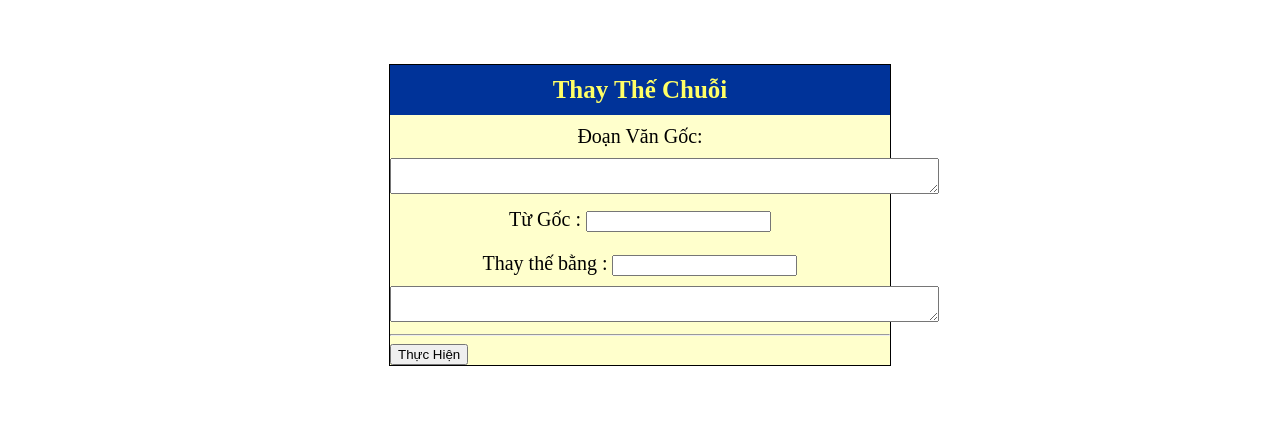
Repository: leducnam1805/jspd3
Page: http://localhost/baiTap/bai4/replace.jsp
An editor plug-in stored every save of this project. The page is shown before and after a run of saves, followed by the edit.
The browser window is 1280 px wide. The pictures show the whole page.
The page is served by Tomcat 9.

Above is the page before, as saved 2020-06-27 13:56:26.

### JspServletD3/baiTap/WebContent/bai4/replace.jsp
<%@ page language="java" contentType="text/html; charset=UTF-8"
	pageEncoding="UTF-8"%>
<!DOCTYPE html>
<html>
<head>
<meta charset="UTF-8">
<style type="text/css">
body {
	margin: 0px;
	padding: 0px;
}

p {
	margin: 0px;
	text-align: center;
}

.container {
	width: 500px;
	margin: 5% auto;
	border: 1px solid black;
}

.container-header {
	width: 100%;
	height: 50px;
	line-height: 50px;
	background-color: #003399;
}

.container-header p {
	color: #FFFF66;
	font-weight: bold;
	font-size: 25px;
}

form {
	background-color: #FFFFCC;
	width: 100%;
	margin: 0px;
}

form p {
	font-size: 20px;
	padding: 10px;
}

.label-input {

}
.submit-input{
margin:auto;
}
</style>
<title>Replace Char</title>
</head>
<body>
	<div class="container">
		<div class="container-header">
			<p>Thay Thế Chuỗi</p>
		</div>
		<form action="" method="post">
			<p>Đoạn Văn Gốc:</p>
			<textarea rows="2" cols="66"></textarea>
			<div class="label-input">
				<label>
					<p>
						Từ Gốc :&nbsp;<input type="text" />
					</p>
				</label> <label>
					<p>
						Thay thế bằng :&nbsp;<input type="text" />
					</p>
				</label>
			</div>
			<textarea rows="2" cols="66"></textarea>
			<hr>
			<div class="submit-input">
			<input type="submit" value="Thực Hiện" />
			</div>

		</form>
		<p></p>
	</div>
</body>
</html>

After the next 2 saves:
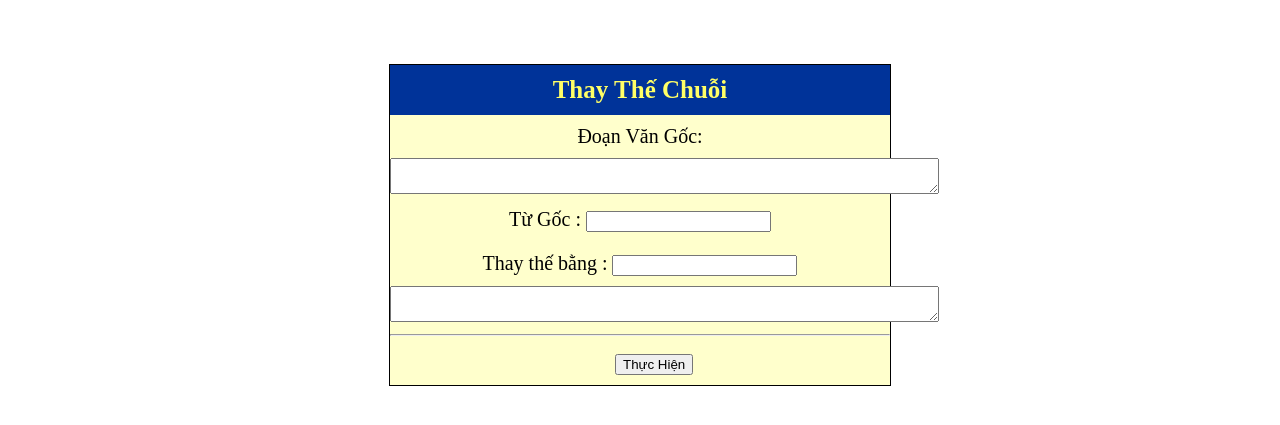
The 2 saves are shown as one change because they came seconds apart.
The last was saved 57 s later.
--- a/JspServletD3/baiTap/WebContent/bai4/replace.jsp
+++ b/JspServletD3/baiTap/WebContent/bai4/replace.jsp
@@ -48,8 +48,11 @@ form p {
 .label-input {
 
 }
-.submit-input{
-margin:auto;
+
+.submit-input {
+	margin: auto;
+	width: 50px;
+	padding: 10px;
 }
 </style>
 <title>Replace Char</title>
@@ -76,7 +79,7 @@ margin:auto;
 			<textarea rows="2" cols="66"></textarea>
 			<hr>
 			<div class="submit-input">
-			<input type="submit" value="Thực Hiện" />
+				<input type="submit" value="Thực Hiện" />
 			</div>
 
 		</form>
